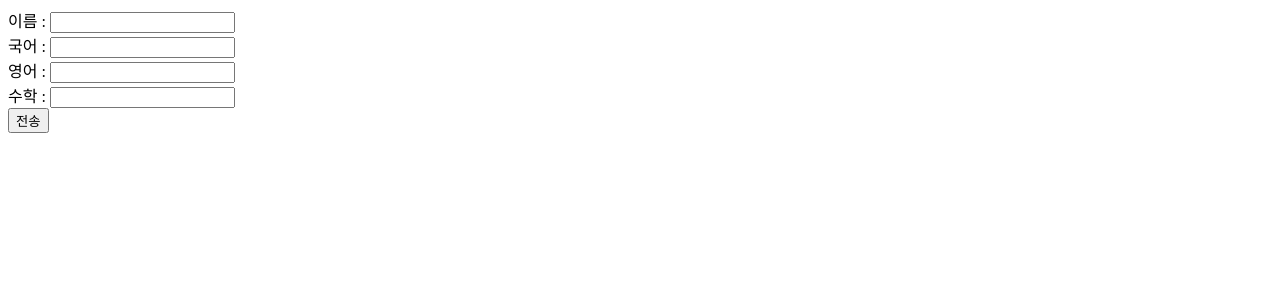
Repository: LEENYAMNYAM/JSP
Page: http://localhost/JSP_Project/exam/scoreinput_jquery.jsp
These files come from the project's save history. The page is drawn as it stood at one moment and after the next save; the edit follows.
The browser window is 1280 px wide. The pictures show the whole page.
The page is served by Tomcat 9. Other server files are loaded and not shown.

Above is the page before, as saved 2025-02-27 02:05:00.

### JSP_Project/src/main/webapp/exam/scoreinput_jquery.jsp
<%@ page language="java" contentType="text/html; charset=UTF-8"
    pageEncoding="UTF-8"%>
<!DOCTYPE html>
<html>
<head>
<meta charset="UTF-8">
<title>Insert title here</title>
</head>
<body>

<form action='scoreResult.jsp' method='get'>
이름 : <input type='text' name='name'></br>
국어 : <input type="number" name='kor'></br>
영어 : <input type="number" name='eng'></br>
수학 : <input type="number" name='math'></br>
<input type='submit' value='전송'/>
</form>

</body>
</html>

After the next save:
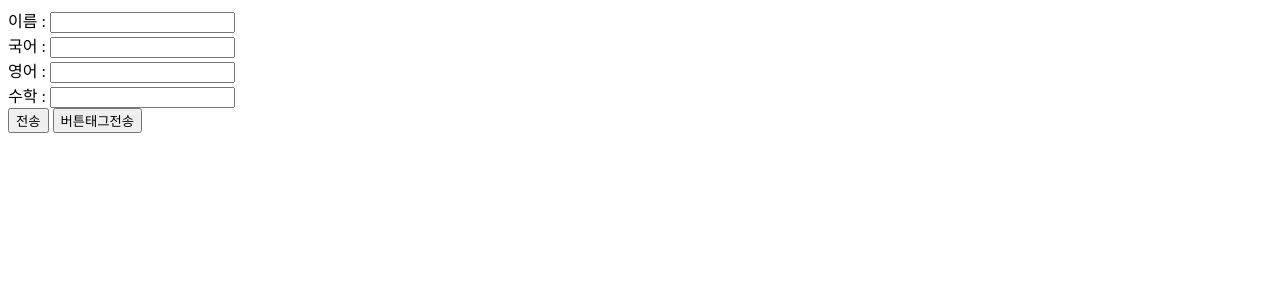
Saved 5 min 53 s later.
--- a/JSP_Project/src/main/webapp/exam/scoreinput_jquery.jsp
+++ b/JSP_Project/src/main/webapp/exam/scoreinput_jquery.jsp
@@ -14,6 +14,7 @@
 영어 : <input type="number" name='eng'></br>
 수학 : <input type="number" name='math'></br>
 <input type='submit' value='전송'/>
+<button> 버튼태그전송</button>
 </form>
 
 </body>
